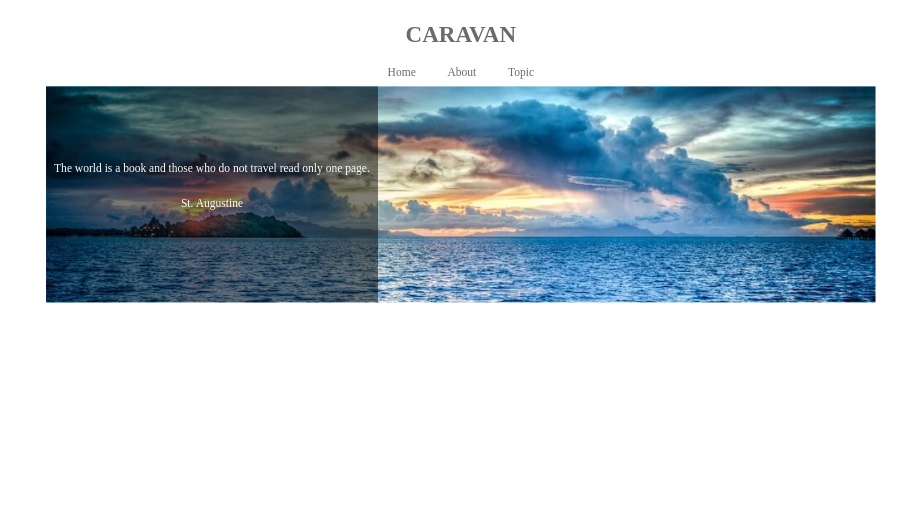
Repository: to3955/ouyoukadai1
Page: caravan/index.html
The author's editor kept a record of every edit. The page is drawn from the files as they stood at one moment, then again after the next edit.
The browser window is 1280 px wide. The pictures show the whole page, at 72% of full size.

Above is the page before.

### caravan/index.html
<!DOCTYPE html><!DOCTYPE html>
<html long="ja">
  <head>
    <meta charset="UTF-8"/>
    <link rel="stylesheet" href="style.css"/>
    <title>CARAVAN</title>

  </head>

  <body>
    <header><header>
      <h1 class="heading">
        <a href="index.html">CARAVAN</a>
        </h1>

    </header>

    <nav>
      <ul class="nav-list">
        <li class="nav-list-item">
          <a href="index.html">Home</a>
      </li>
      <li class="nav-list-item">About</li>
      <li class="nav-list-item">Topic</li>
      </ul>
    </nav>
    <div class="main-visual">
      <div class="main-visual-content">
         <p class="main-visual-text">
           The world is a book and those who do not travel read only one page.
         </p>
         <p class="main-visual-name">St. Augustine</a>

    </div>

  </body>

</html>

### caravan/style.css
* {
  margin: 0;
  padding: 0;
  box-sizing: border-box;
  color: #6c6b6b;
}

a {
  text-decoration: none;
}

header {
  width: 90%;
  padding: 15px 0;
  margin: 0 auto;
  text-align: center;
}

header .heading {

  font-size: 32px;
}

.nav-list {
  text-align: center;
  padding: 10px 0;
  margin: 0 auto;
}

.nav-list-item {
  list-style: none;
  display: inline-block;
  margin: 0 20px;
}

.main-visual {
  width: 100%;
  height: 300px;
  background-image: url(img/mv.jpg);
  background-size: cover;
  background-position: center;
  }

.main-visual-content {
  width: 40%;
  height: 300px;
  background-color: rgba( 0, 0, 0, 0.5);
  text-align: center;
  padding-top: 105px;
}

.main-visual-text {
  color: #fff;
}

.main-visual-name {
  margin-top: 30px;
  color: #fff;
}

.main {
  width: 840px;
  display: flex;
  justify-content: center;
  margin: 0 auto;
}

.blog {
  width: 600px;
  height: 1400px;
}

.sidebar {
  width: 240px;
  height: 1400px;
}

footer {
  width: 100%;
  height: 120px;
  text-align: center;
  line-height: 120px;
  background-color: #848282;
}

.footer-text {
  color: #fff;
}

After the next edit:
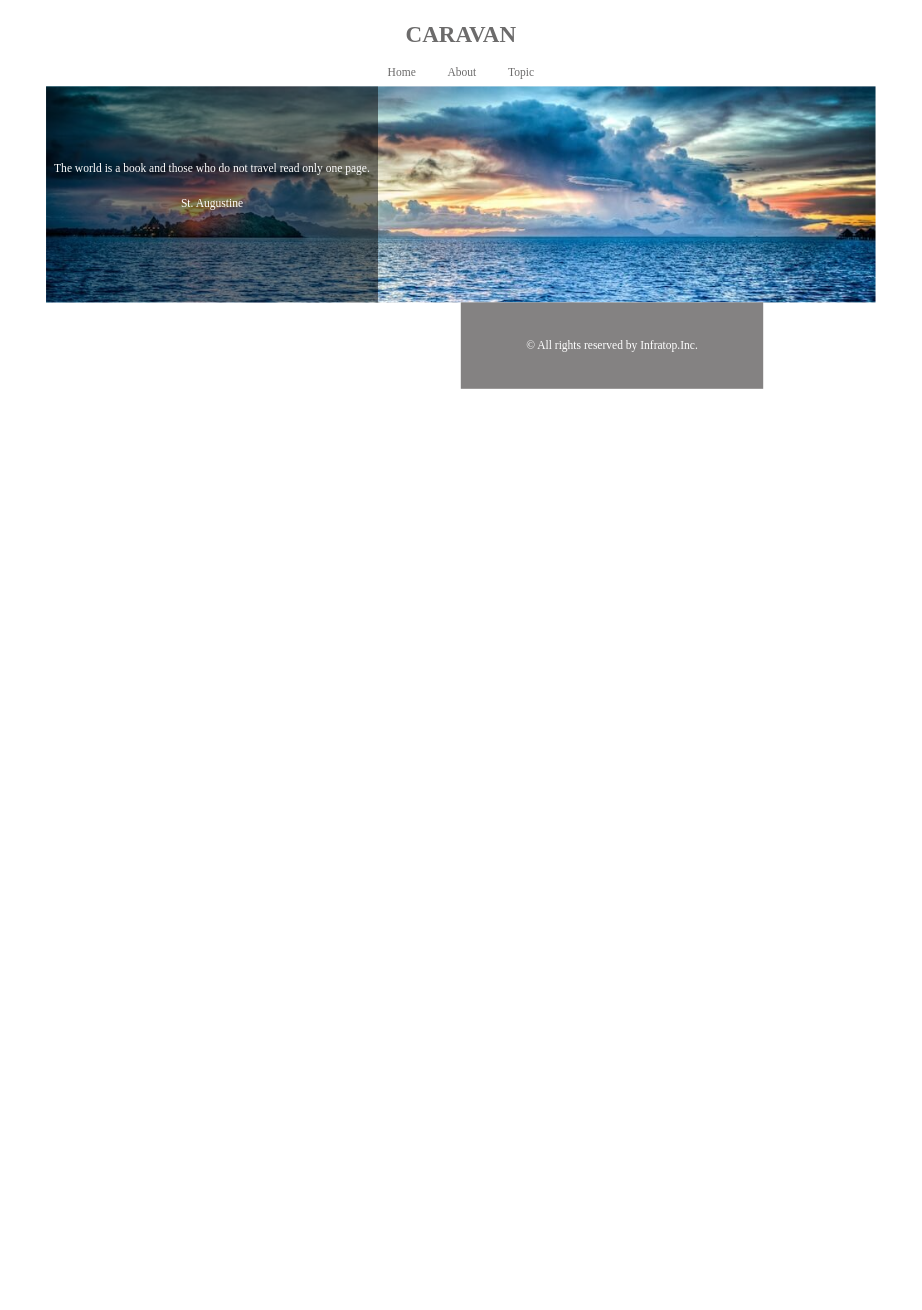
The edit:
--- a/caravan/index.html
+++ b/caravan/index.html
@@ -33,6 +33,15 @@
 
     </div>
 
+    <div class="main">
+      <div class="blog"></div>
+      <div class="sidebar"></div>
+
+      <footer>
+
+        <p class="footer-text">© All rights reserved by Infratop.Inc.</p>
+
+
   </body>
 
 </html>
